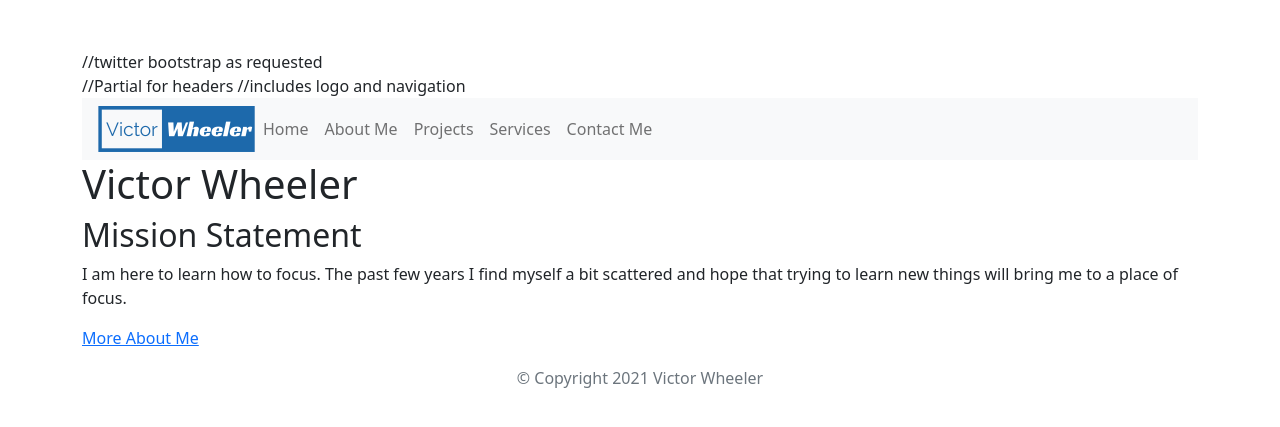
Repository: VictorWheeler/COMP_229_301167760
Page: http://localhost/
The author's editor kept a copy of each file at every save. The page is drawn from the files as they stood at one save, then again after the next save.
The browser window is 1280 px wide. The pictures show the whole page.
The page is served by the project's Node server (server.js).

Above is the page before, as saved 2021-10-01 10:23:30.

After the next save:
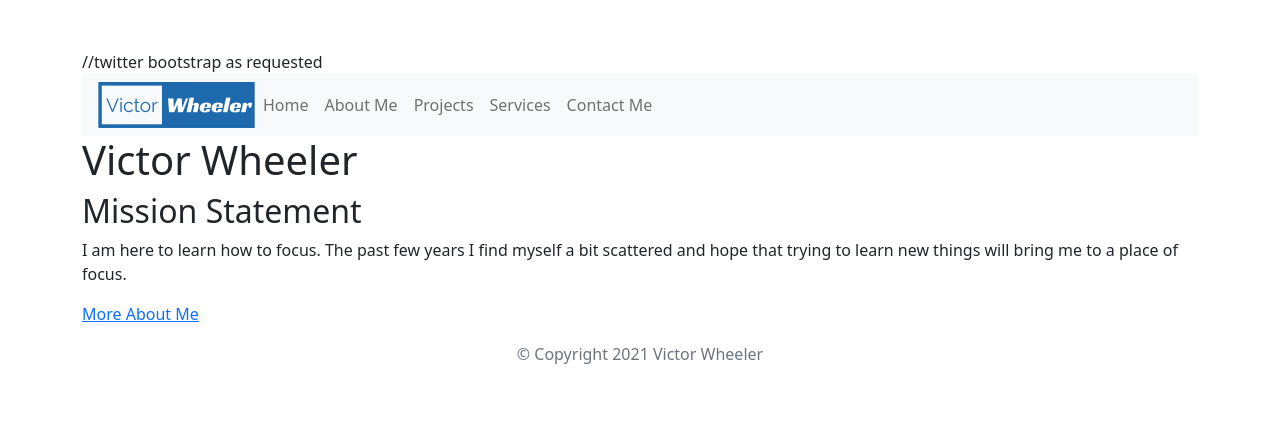
Saved 2 s later.
--- a/Express-Portfolio-Site/views/partials/header.ejs
+++ b/Express-Portfolio-Site/views/partials/header.ejs
@@ -3,10 +3,11 @@
 //Victor Wheeler
 //301167760
 //10/1/2021
-%>
+
 
 //Partial for headers
-  //includes logo and navigation
+//includes logo and navigation
+%>
 <nav class="navbar navbar-expand-lg navbar-light bg-light">
   <a class="navbar-brand"></a><img class="logo" src="/images/vw_logo.png" width="157" height="46" alt="why">
    <ul class="navbar-nav mr-auto">
